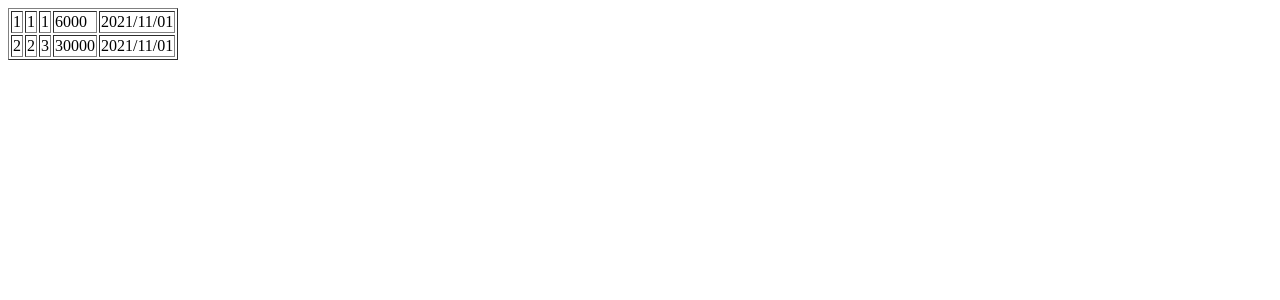
Repository: JUNGJAYOUNG/database_web
Page: day1109/src/main/webapp/tableTest.html
These files come from the project's save history. The page is drawn as it stood at one moment and after the next save; the edit follows.
The browser window is 1280 px wide. The pictures show the whole page.

Above is the page before, as saved 2021-11-09 05:34:54.

### day1109/src/main/webapp/tableTest.html
<!DOCTYPE html>
<html>
<head>
<meta charset="EUC-KR">
<title>Insert title here</title>
</head>
<body>
	<table border="1">
		<tr>
			<td>1</td>
			<td>1</td>
			<td>1</td>
			<td>6000</td>
			<td>2021/11/01</td>
		</tr>
		<tr>
			<td>2</td>
			<td>2</td>
			<td>3</td>
			<td>30000</td>
			<td>2021/11/01</td>
		</tr>
	</table>
</body>
</html>

After the next save:
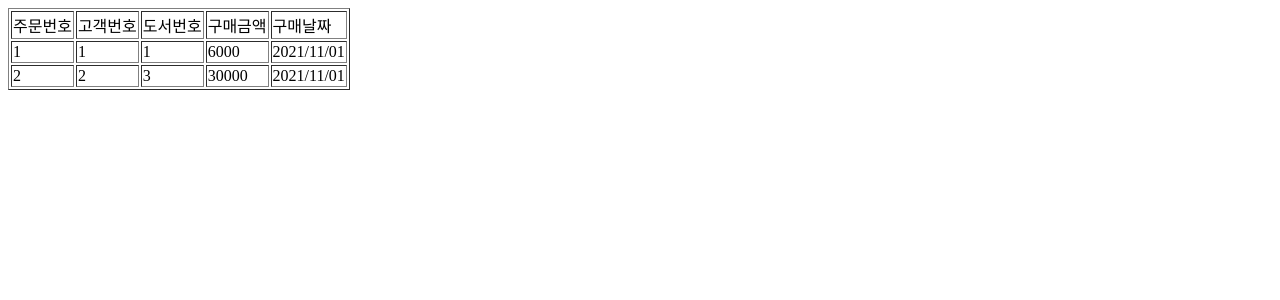
Saved 27 s later.
--- a/day1109/src/main/webapp/tableTest.html
+++ b/day1109/src/main/webapp/tableTest.html
@@ -6,6 +6,13 @@
 </head>
 <body>
 	<table border="1">
+		<tr>
+			<td>주문번호</td>
+			<td>고객번호</td>
+			<td>도서번호</td>
+			<td>구매금액</td>
+			<td>구매날짜</td>
+		</tr>
 		<tr>
 			<td>1</td>
 			<td>1</td>
